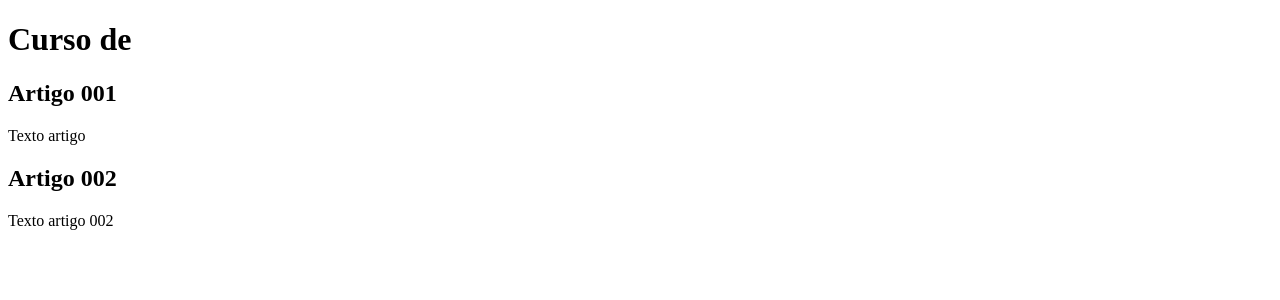
Repository: robertacristinaabreu01/projeto-siteGitHub
Page: index.html
These files come from the project's save history. The page is drawn as it stood at one moment and after the next save; the edit follows.
The browser window is 1280 px wide. The pictures show the whole page.

Above is the page before, as saved 2021-01-23 21:38:45.

### index.html
<!DOCTYPE html>
<html lang="pt-br">

<head>
    <meta charset="UTF-8">
    <meta name="viewport" content="width=device-width, initial-scale=1.0">
    <title>Curso Gratis</title>
</head>

<body>
    <main>
        <header>
            <h1>Curso de </h1>
        </header>
        <article>
            <h1>Artigo 001</h1>
            <p>Texto artigo</p>
        </article>
        <article>
            <h1>Artigo 002</h1>
            <p>Texto artigo 002</p>
        </article>
    </main>
</body>

</html>

After the next save:
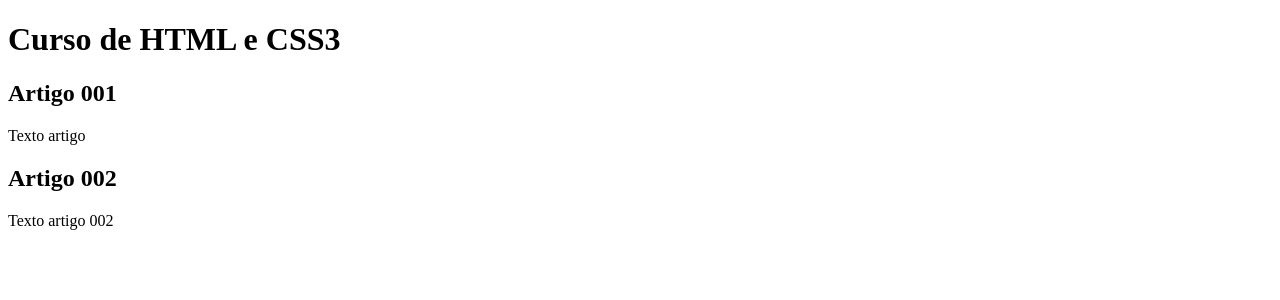
Saved 7 s later.
--- a/index.html
+++ b/index.html
@@ -10,7 +10,7 @@
 <body>
     <main>
         <header>
-            <h1>Curso de </h1>
+            <h1>Curso de HTML e CSS3</h1>
         </header>
         <article>
             <h1>Artigo 001</h1>
